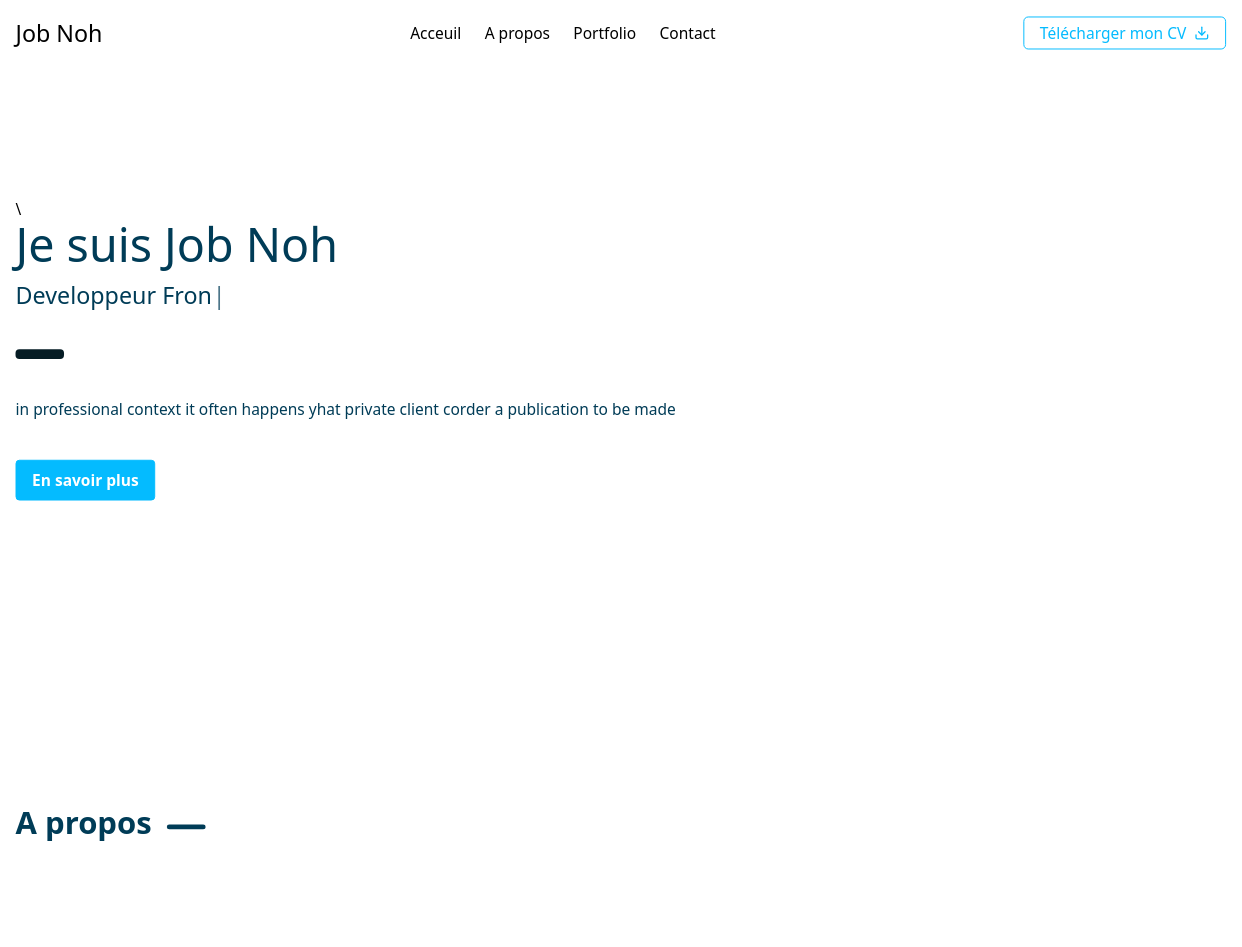
Repository: anoy1010/Nextportfolio
Page: /
An editor plug-in stored every save of this project. The page is shown before and after the next save, followed by the edit.
The browser window is 1280 px wide. The pictures show the whole page, at 97% of full size.
Backgrounds fixed to the window are drawn as part of the page. The project was rebuilt for these pictures with package versions that can differ from the ones it lists, and the page was loaded fresh each time. The framework's server and built-in components were replaced by stand-ins that run in the browser. Also part of the build but not shown: next.config.js, styles/Home.module.css.

Above is the page before, as saved 2023-03-06 17:22:06.

### pages/index.js
import Head from 'next/head'
import Image from 'next/image'
import { Inter } from '@next/font/google'
import styles from '../styles/Home.module.css'
import Navbar from '../components/Navbar'
import Hero from '../components/Hero'
import About from '../components/About'
const inter = Inter({ subsets: ['latin'] })

export default function Home() {
  return (
    <>
      <Head>
        <title>Portfolio | Noh Job</title>
        <meta name="description" content="Generated by create next app" />
        <meta name="viewport" content="width=device-width, initial-scale=1" />
        <link rel="icon" href="/favicon.ico" />
      </Head>

      <header>
        < Navbar />
      </header>

      <main>
        <Hero />
        <About/>
      </main>

    </>
  )
}

### styles/globals.css
@tailwind base;
@tailwind components;
@tailwind utilities;

@layer components {
  .btn{
    @apply bg-[#04bbff] text-white py-2 px-4 rounded inline-block mt-10 font-bold border border-[#04bbff] hover:bg-transparent hover:text-[#04bbff] transition duration-200
  }
}

### components/Navbar.js
import Link from 'next/link'
import React from 'react'
import {FiDownload} from 'react-icons/fi'
import {RiMenu5Line} from 'react-icons/ri'

const Navbar = () => {
  return (
    <div className='bg-white fixed top-0 w-[100%] z-10 '>
        <div className='container mx-auto flex justify-between items-center py-4 px-4'>
            <div className='text-[24px]'>Job Noh</div>

            <div className='hidden md:flex gap-6'>

                <Link href='/Acceuil' className='hover:text-[#04bbff]'>
                    Acceuil
                </Link>
                <Link href='/A propos' className='hover:text-[#04bbff]' >
                    A propos
                </Link>
                <Link href='/Portfolio' className='hover:text-[#04bbff]'>
                    Portfolio
                </Link>
                <Link href='/Contact' className='hover:text-[#04bbff]'>
                    Contact
                </Link>



            </div>

            <a href='#' className='hidden  md:flex border border-[#04bbff] px-4 py-1 text-[#04bbff] rounded-[5px] items-center gap-2 hover:bg-[#04bbff] hover:text-white transition duration-200 '>
                Télécharger mon CV
                <FiDownload/>
                </a>

            <div className='md:hidden text-[24px] '>
                <RiMenu5Line/>
            </div>
        </div>
    </div>
  )
}

export default Navbar

### components/Hero.js
import React from 'react'

import Typewriter, { TypewriterClass } from "typewriter-effect"
import Button from '../components/Button'

const Hero = () => {
  return (
    <div className='bg-[url("")] h-screen bg-cover bg-center bg-fixed flex items-center'>
        <div className='container mx-auto px-4'>\
            <div className='max-x-[450px] text-[#003c57] flex flex-col gap-[40px]'>
                <div>
                    <h1 className='text-5xl'>
                        Je suis Job Noh
                    </h1>
                    <h4 className=' text-2xl mt-3'>
                        <Typewriter
                            options = {{
                                strings: [
                                    "Developpeur Front-end",
                                    "Developpeur Back-end",
                                    "Analyste de donnée",
                                    "Chef de projet",
                                    "Graphic designer",
                                    "Developpeur mobile"
                                ],
                                changeDelay:3,
                                changeDeleteSpeed:2,
                                autoStart:true,
                                loop:true,
                            }}
                        />
                    </h4>
                </div>

                <div className='bg-[#051c24] h-[10px] w-[50px] rounded'>
                </div>

                <div>
                    <p>
                    in professional context it often happens yhat private client
                    corder a publication to be made
                    </p>
                    <Button link="#" text="En savoir plus" />
                </div>

            </div>

        </div>
    </div>
  )
}

export default Hero

### components/About.js
import React from 'react'
import Heading from './Heading'

const About = () => {
  return (
    <section className='container mx-auto py-10 px-4'>

        <Heading title="A propos"/>

        <div className='grid grid-cols-1 md:grid-cols-2 gap-[60px]'>

            <div>
                <img className='w-[400px]' src="/" alt="" />
            </div>
            <div>
                <div className='flex items-center justify-between w-[300px]'>
                    <div className='flex flex-col gap-6'>
                        <div className='flex gap-4 items-center font-medium '></div>
                    </div>
                </div>
            </div>
        </div>

    </section>
  )
}

export default About

### components/Button.js
import React from 'react'

const Button = ({text, link}) => {
  return (
    <a href={link}className='btn'>{text}</a>
  )
}

export default Button

### components/Heading.js
import React from 'react'

const Heading = ({title}) => {
  return (
    <div className='text-[#003c57] text-[32px] font-bold flex items-center gap-4 py-16'>
        {title}
        <div className='bg-[#003c57] h-[5px] w-[40px] translate-y-1 rounded'></div>
    </div>
  )
}

export default Heading

Loaded but not shown: pages/_app.js (common file); pages/_document.js (common file); tailwind.config.js (common file)

After the next save:
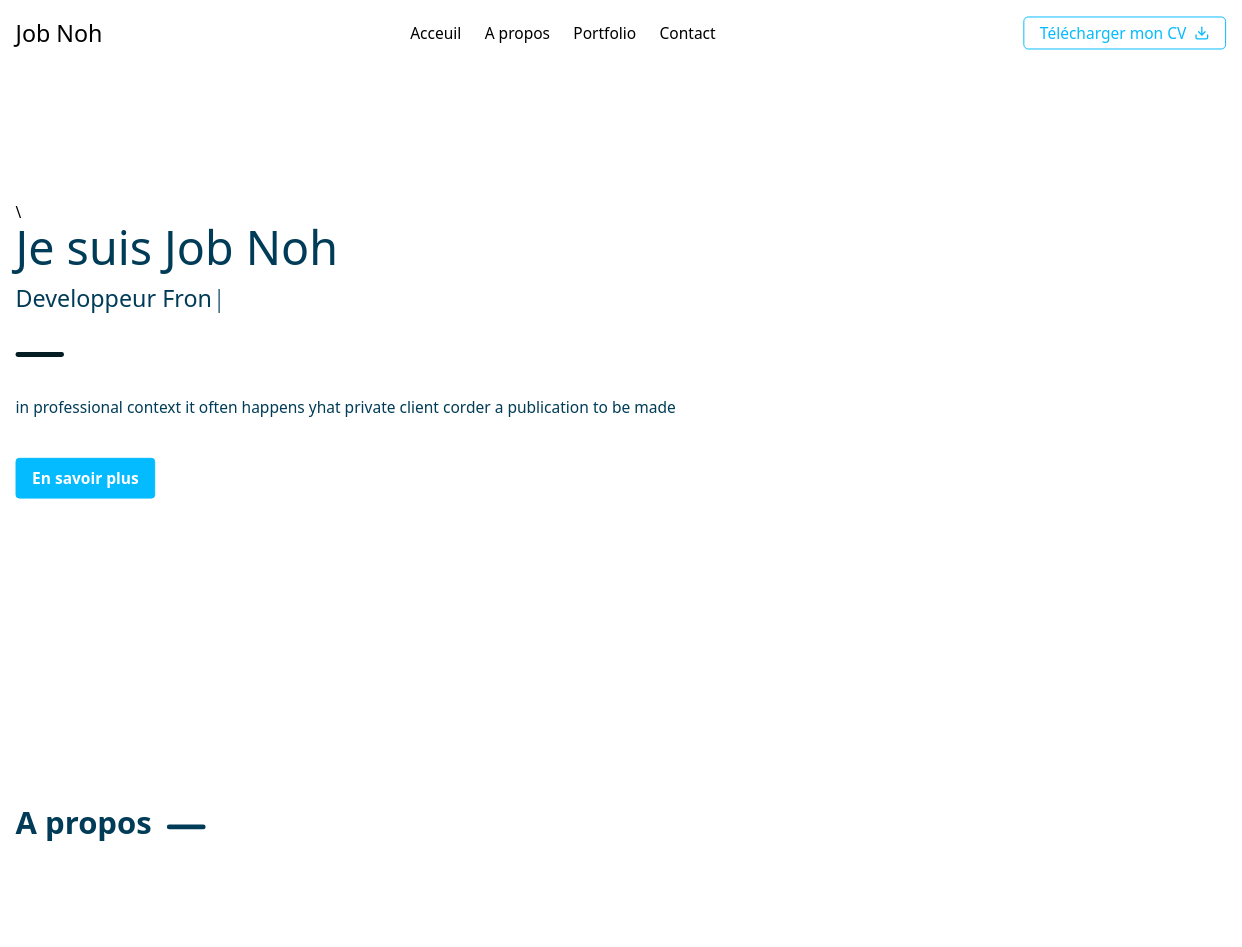
Saved 15 s later.
--- a/components/Hero.js
+++ b/components/Hero.js
@@ -32,7 +32,7 @@ const Hero = () => {
                     </h4>
                 </div>
 
-                <div className='bg-[#051c24] h-[10px] w-[50px] rounded'>
+                <div className='bg-[#051c24] h-[5px] w-[50px] rounded'>
                 </div>
 
                 <div>
